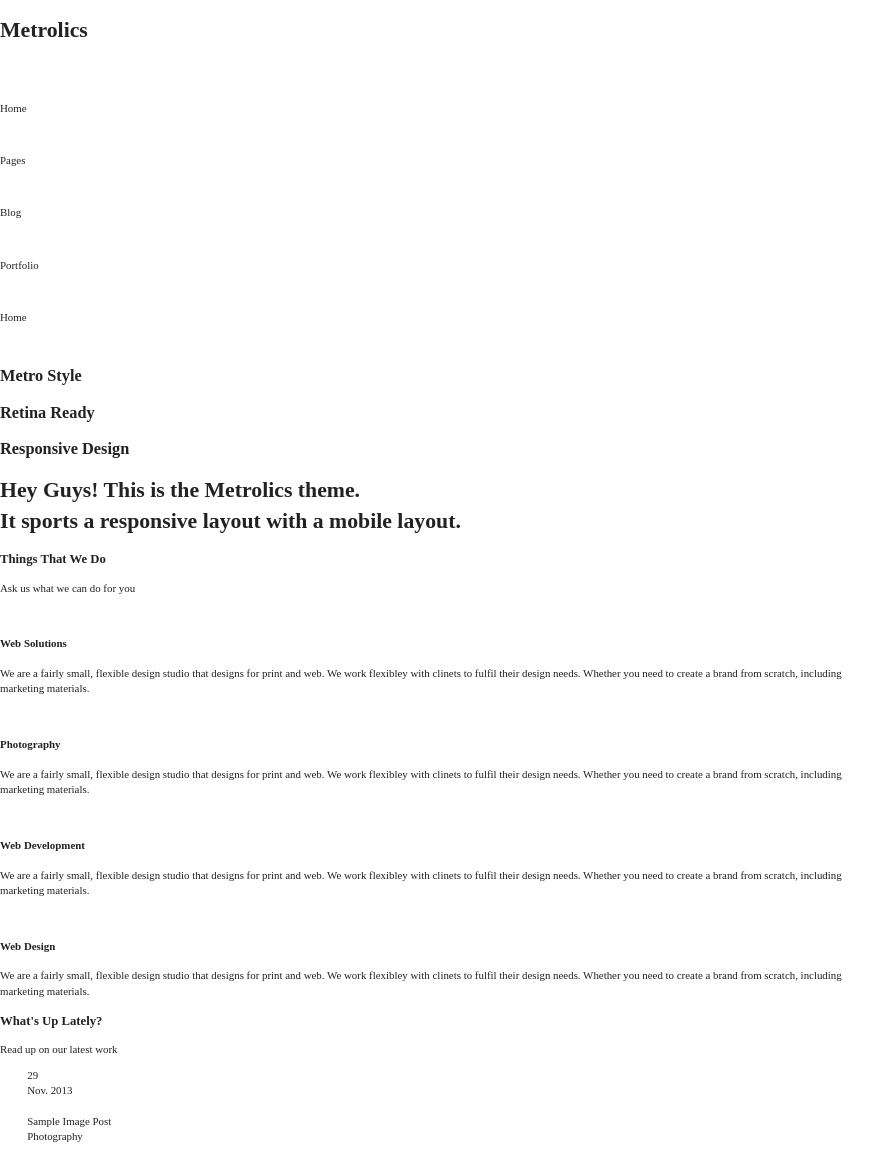
Repository: claudiashin/metrolics
Page: index.html
The author's editor kept a copy of each file at every save. The page is drawn from the files as they stood at one save, then again after a run of saves.
The browser window is 1280 px wide. The pictures show the whole page, at 68% of full size.

Above is the page before, as saved 2021-01-27 15:54:20.

After the next 2 saves:
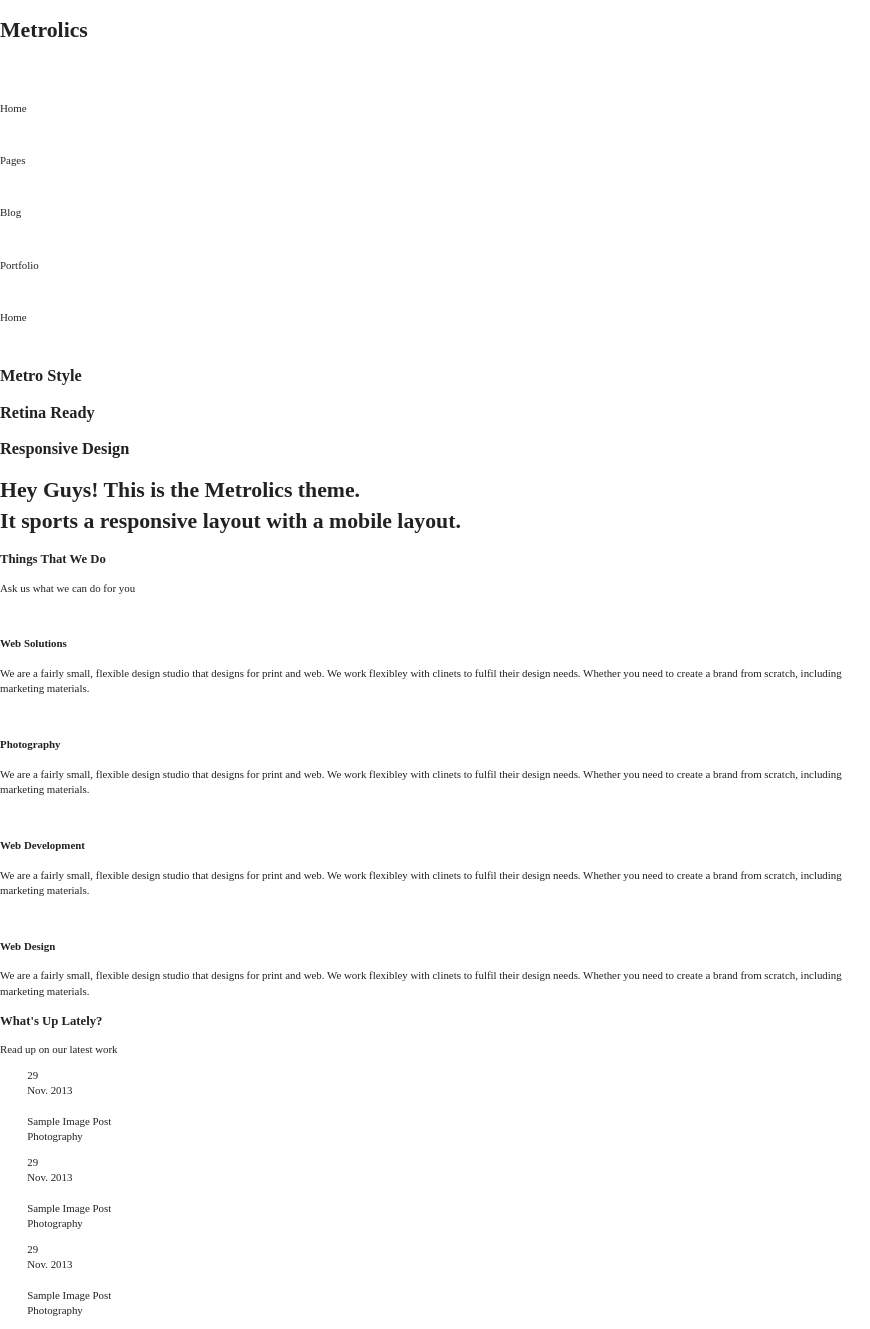
The 2 saves are shown as one change because they came seconds apart.
The last was saved 38 s later.
--- a/index.html
+++ b/index.html
@@ -127,6 +127,20 @@
         <figcaption>Sample Image Post <br> Photography</figcaption>
       </figure>
     </div>
+    <div class="container">
+      <figure>
+        <figcaption>29 <br> Nov. 2013</figcaption>
+        <img src="" value="">
+        <figcaption>Sample Image Post <br> Photography</figcaption>
+      </figure>
+    </div>
+    <div class="container">
+      <figure>
+        <figcaption>29 <br> Nov. 2013</figcaption>
+        <img src="" value="">
+        <figcaption>Sample Image Post <br> Photography</figcaption>
+      </figure>
+    </div>
 
   </section>
 

After the save that followed:
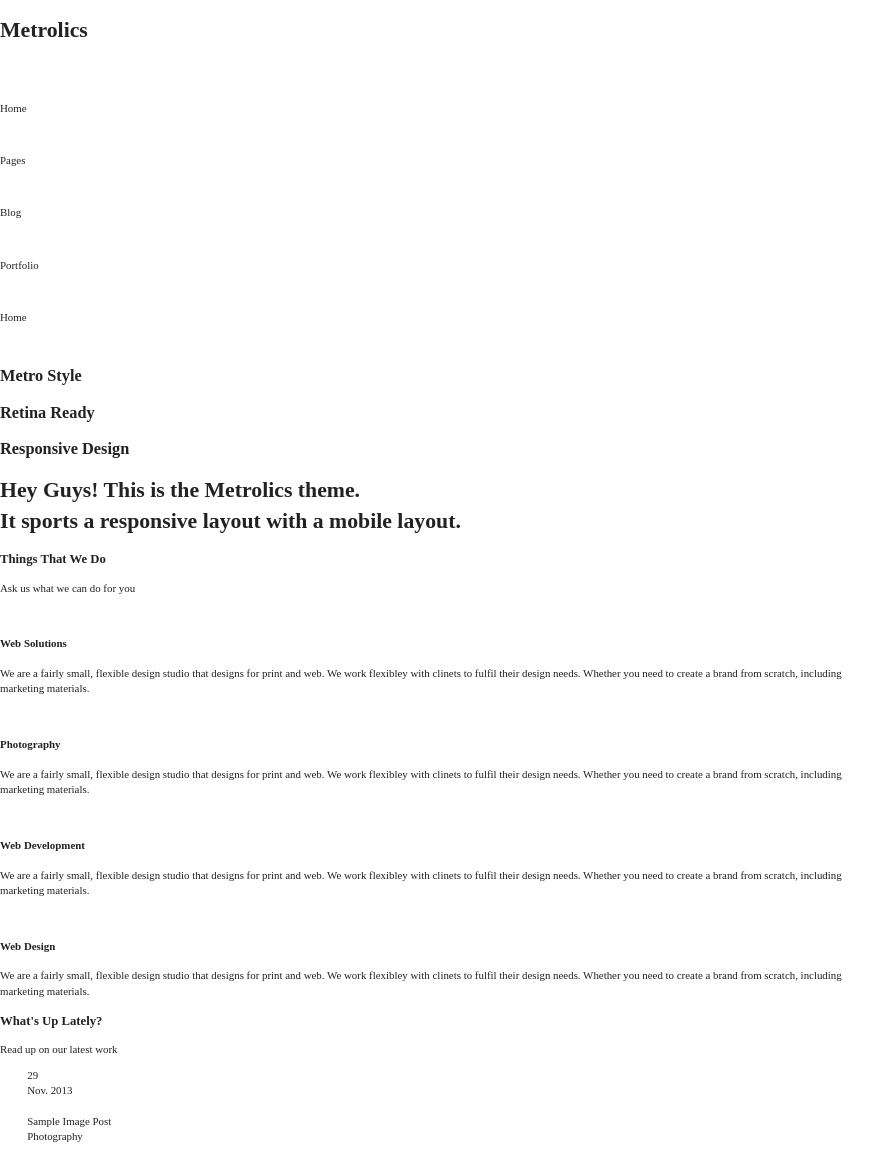
Saved 17 s later.
--- a/index.html
+++ b/index.html
@@ -127,20 +127,7 @@
         <figcaption>Sample Image Post <br> Photography</figcaption>
       </figure>
     </div>
-    <div class="container">
-      <figure>
-        <figcaption>29 <br> Nov. 2013</figcaption>
-        <img src="" value="">
-        <figcaption>Sample Image Post <br> Photography</figcaption>
-      </figure>
-    </div>
-    <div class="container">
-      <figure>
-        <figcaption>29 <br> Nov. 2013</figcaption>
-        <img src="" value="">
-        <figcaption>Sample Image Post <br> Photography</figcaption>
-      </figure>
-    </div>
+
 
   </section>
 
